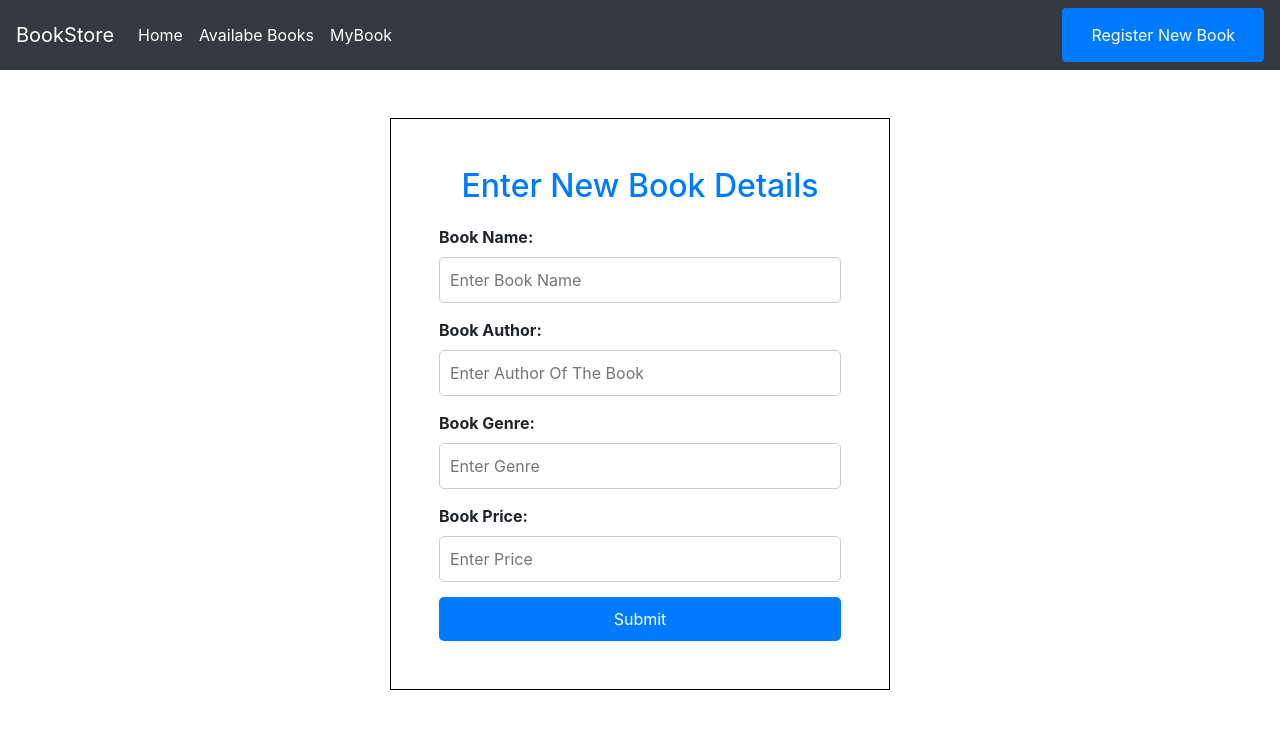
Repository: Sumanta-Sahoo/BookStoreApp
Page: bookstore/src/main/resources/static/bookRegister.html
The author's editor kept a copy of each file at every save. The page is drawn from the files as they stood at one save, then again after the next save.
The browser window is 1280 px wide. The pictures show the whole page.

Above is the page before, as saved 2024-03-15 12:16:06.

After the next save:
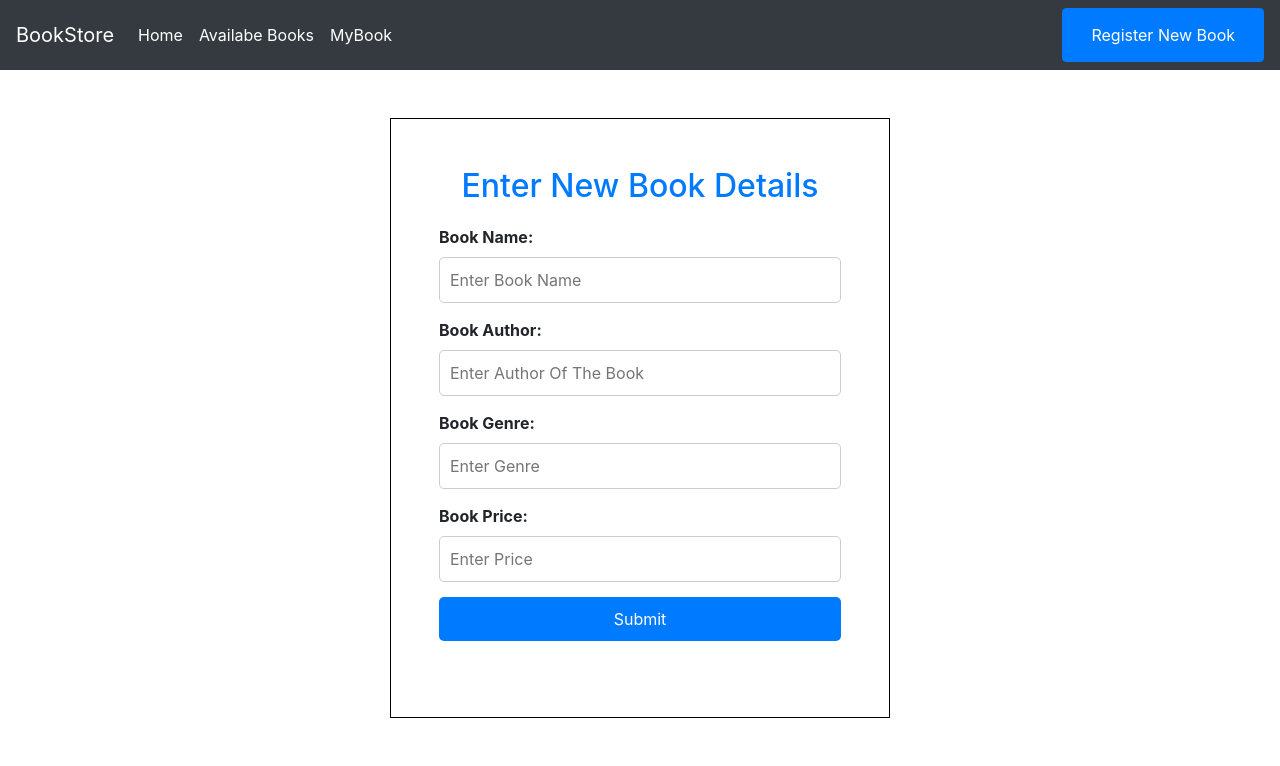
Saved 33 s later.
--- a/bookstore/src/main/resources/static/bookRegister.html
+++ b/bookstore/src/main/resources/static/bookRegister.html
@@ -41,7 +41,7 @@
 		</div>
 	</nav>
 
-	<div class="container my-5 p-5" style="border:1px solid black; width: 500px;">
+	<div class="container my-5 p-5" style="border:1px solid black; width: 500px; height:600px;">
 
 		<h2 class="text-center" style="margin-bottom: 20px; color: #007bff;">Enter New Book Details</h2>
 
